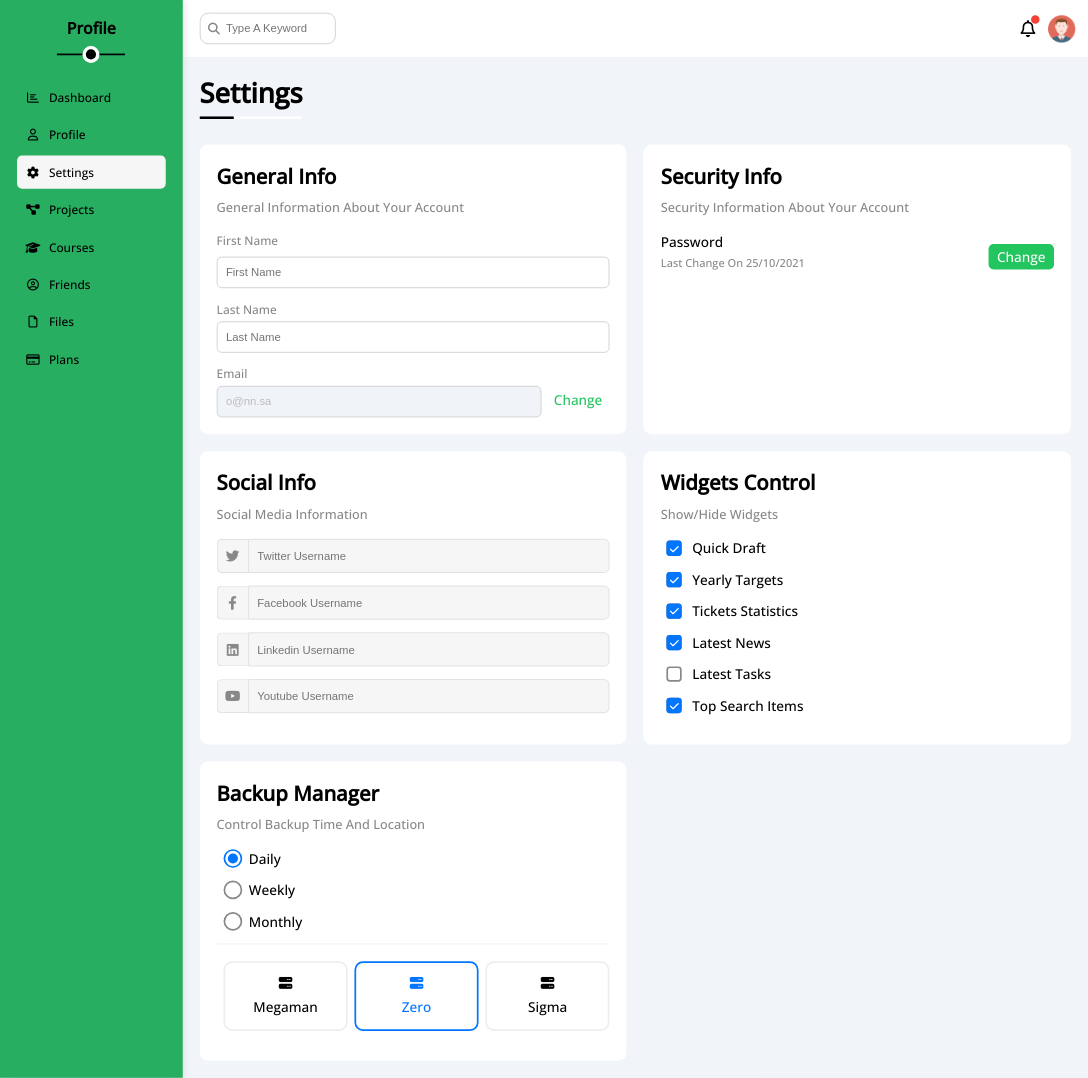
Repository: souhailaniba/Bookly
Page: public/assets/books webstie/settings.html
The author's editor kept a copy of each file at every save. The page is drawn from the files as they stood at one save, then again after the next save.
The browser window is 1280 px wide. The pictures show the whole page, at 85% of full size.

Above is the page before, as saved 2023-01-27 14:48:30.

After the next save:
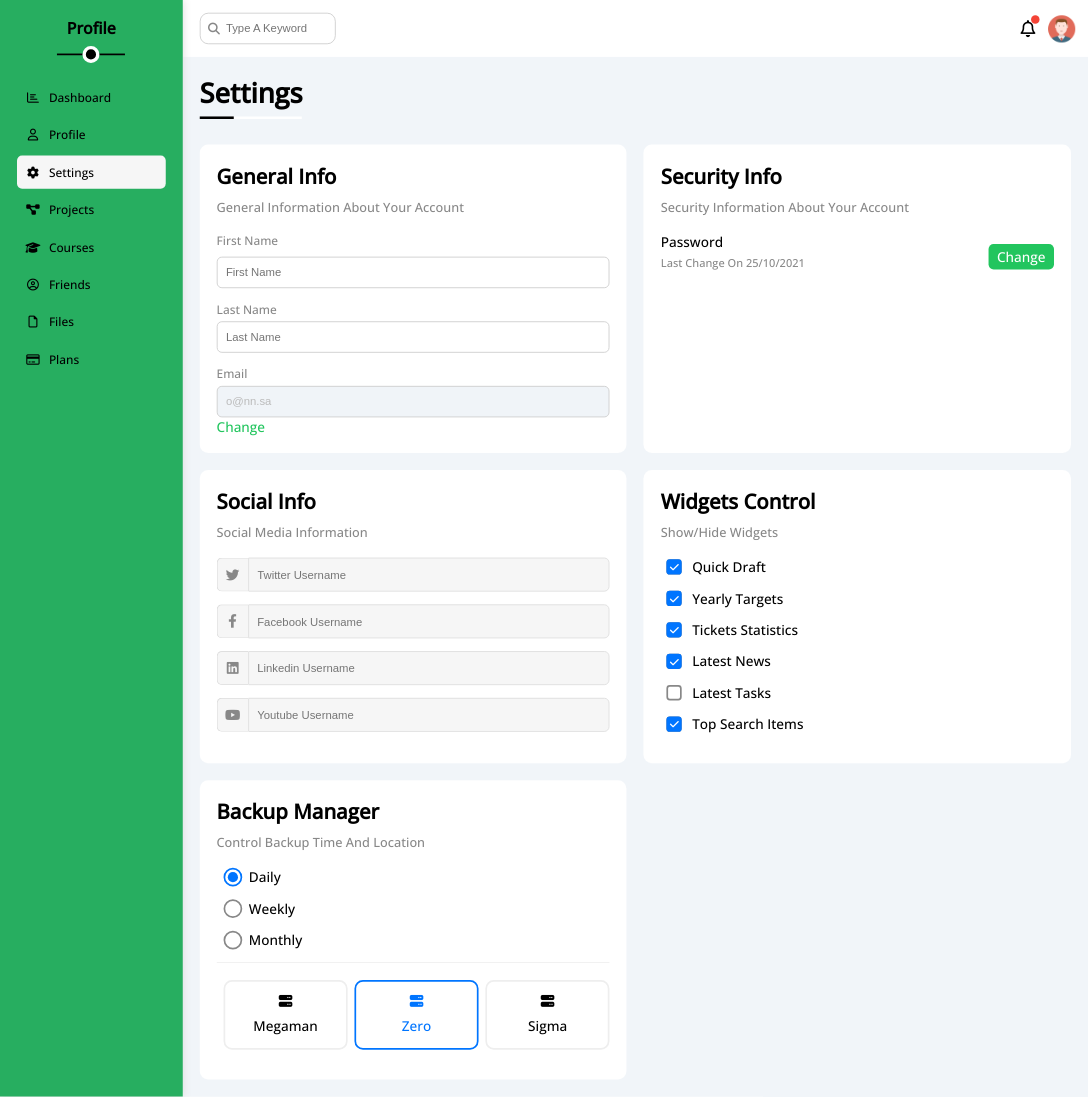
Saved 32 s later.
--- a/public/assets/books webstie/settings.html
+++ b/public/assets/books webstie/settings.html
@@ -109,7 +109,7 @@
             <div>
               <label class="fs-14 c-grey d-block mb-5" for="email">Email</label>
               <input
-                class="email b-none border-ccc p-10 rad-6 w-full mr-10"
+                class="b-none border-ccc p-10 rad-6 w-full mr-10"
                 id="email"
                 type="email"
                 value="o@nn.sa"

After the save that followed:
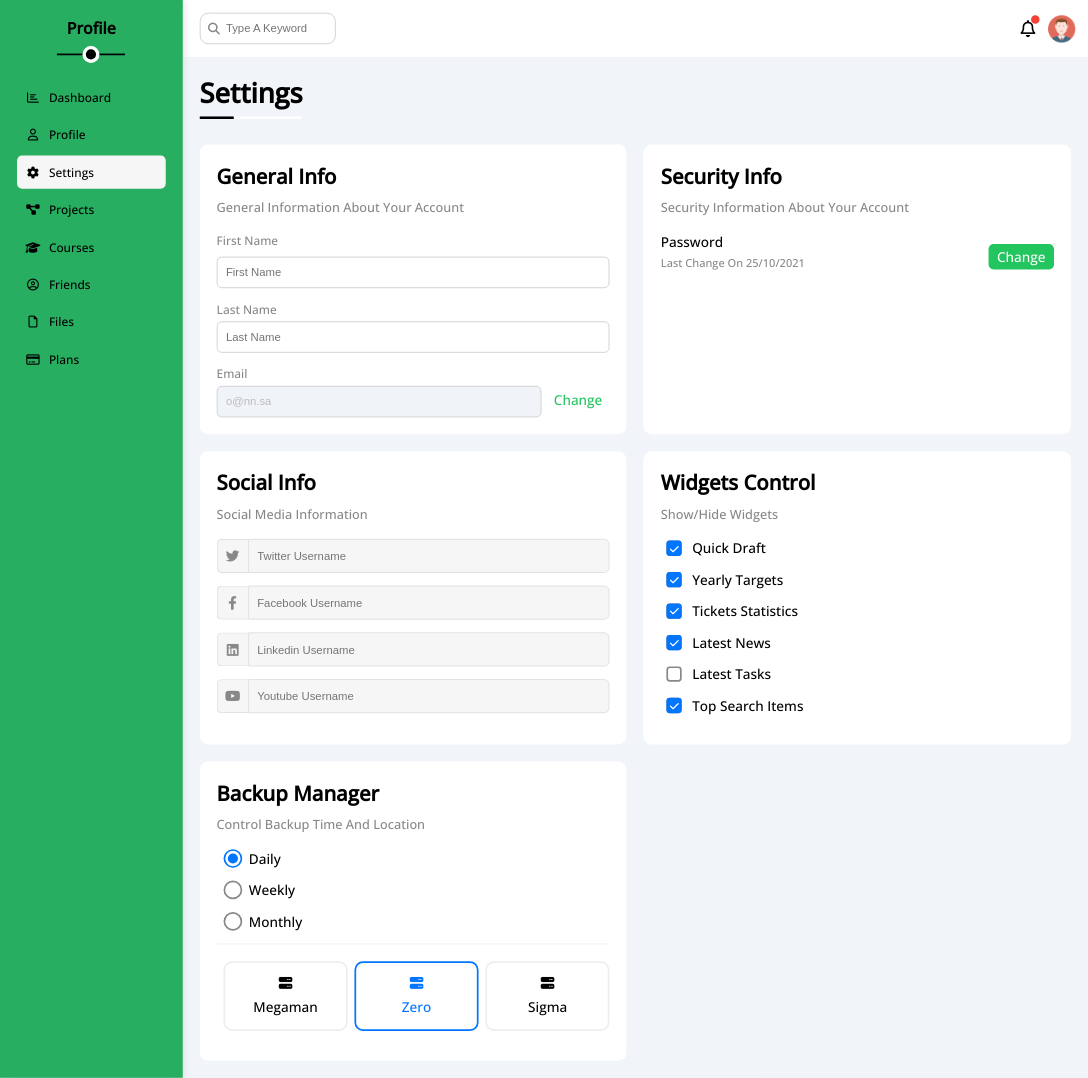
Saved 5 s later.
--- a/public/assets/books webstie/settings.html
+++ b/public/assets/books webstie/settings.html
@@ -109,7 +109,7 @@
             <div>
               <label class="fs-14 c-grey d-block mb-5" for="email">Email</label>
               <input
-                class="b-none border-ccc p-10 rad-6 w-full mr-10"
+                class="email b-none border-ccc p-10 rad-6 w-full mr-10"
                 id="email"
                 type="email"
                 value="o@nn.sa"
